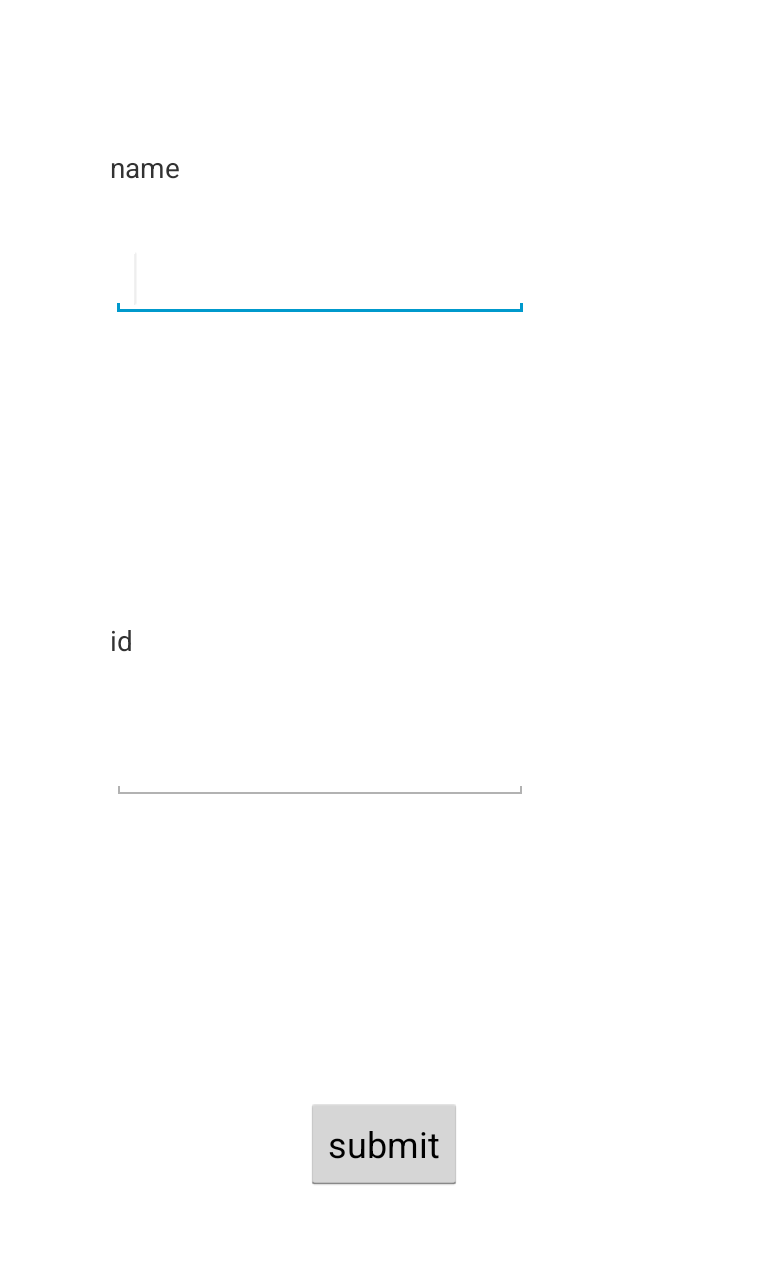
Repository: arjuntheprogrammer/iact
Layout: iact/iact android practice/mywork/database2777/res/layout/activity_main.xml
These files come from the project's save history. The layout is drawn as it stood at one moment and after the next save; the edit follows.
It is drawn on a 768 x 1280 px phone screen (xhdpi) without system bars, with theme AppTheme; the app's code is not run.

Above is the layout before, as saved 2016-01-03 06:08:21.

After the next save:
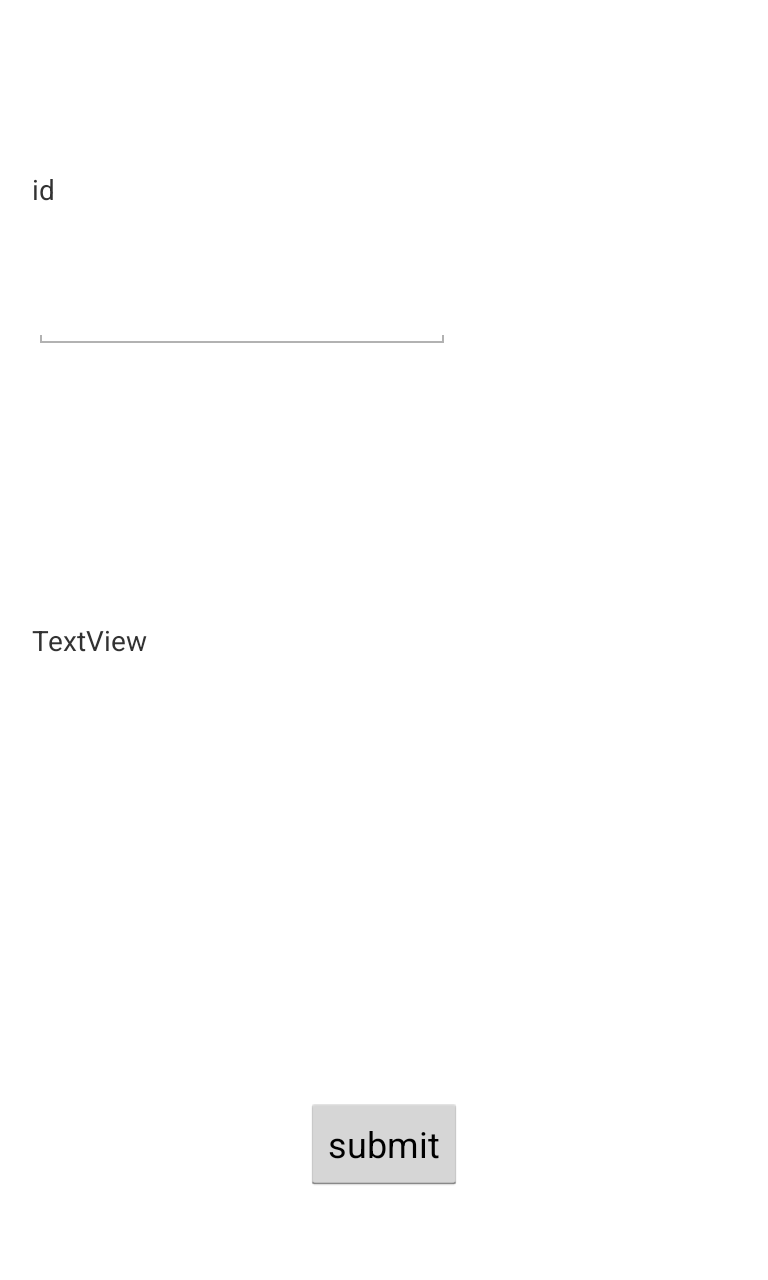
Saved 64 min 53 s later.
--- a/iact/iact android practice/mywork/database2777/res/layout/activity_main.xml
+++ b/iact/iact android practice/mywork/database2777/res/layout/activity_main.xml
@@ -7,37 +7,6 @@
     android:paddingRight="@dimen/activity_horizontal_margin"
     android:paddingTop="@dimen/activity_vertical_margin"
     tools:context=".MainActivity" >
-
-    <TextView
-        android:id="@+id/textView1"
-        android:layout_width="wrap_content"
-        android:layout_height="wrap_content"
-        android:layout_alignParentLeft="true"
-        android:layout_alignParentTop="true"
-        android:layout_marginLeft="39dp"
-        android:layout_marginTop="58dp"
-        android:text="name" />
-
-    <TextView
-        android:id="@+id/textView2"
-        android:layout_width="wrap_content"
-        android:layout_height="wrap_content"
-        android:layout_alignLeft="@+id/textView1"
-        android:layout_centerVertical="true"
-        android:text="id" />
-
-    <EditText
-        android:id="@+id/editText1"
-        android:layout_width="wrap_content"
-        android:layout_height="wrap_content"
-        android:layout_alignLeft="@+id/textView1"
-        android:layout_below="@+id/textView1"
-        android:layout_marginTop="27dp"
-        android:ems="10"
-        android:inputType="textPersonName" >
-
-        <requestFocus />
-    </EditText>
 
     <EditText
         android:id="@+id/editText2"
@@ -58,4 +27,21 @@
         android:layout_marginBottom="28dp"
         android:text="submit" />
 
+    <TextView
+        android:id="@+id/textView2"
+        android:layout_width="wrap_content"
+        android:layout_height="wrap_content"
+        android:layout_alignParentTop="true"
+        android:layout_marginRight="20dp"
+        android:layout_marginTop="69dp"
+        android:text="id" />
+
+    <TextView
+        android:id="@+id/textView1"
+        android:layout_width="wrap_content"
+        android:layout_height="wrap_content"
+        android:layout_alignLeft="@+id/editText2"
+        android:layout_centerVertical="true"
+        android:text="TextView" />
+
 </RelativeLayout>
